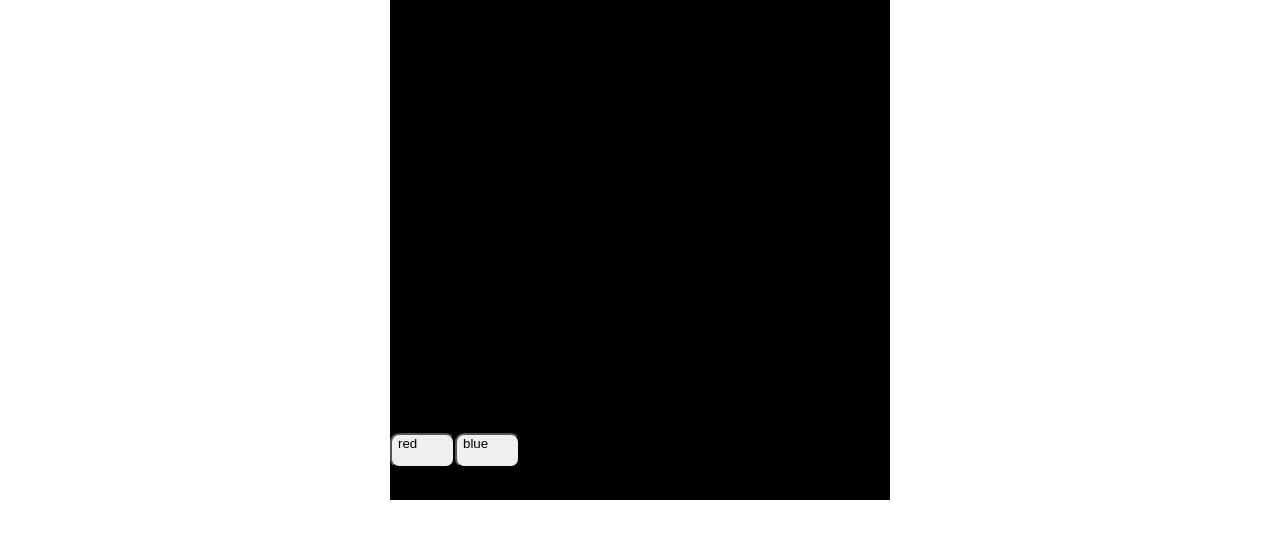
Repository: iliailia12/Individual-lessons
Page: Day 99/Classwork/index.html
An editor plug-in stored every save of this project. The page is shown before and after a run of saves, followed by the edit.
The browser window is 1280 px wide. The pictures show the whole page.

Above is the page before, as saved 2026-06-06 04:27:17.

After the next 7 saves:
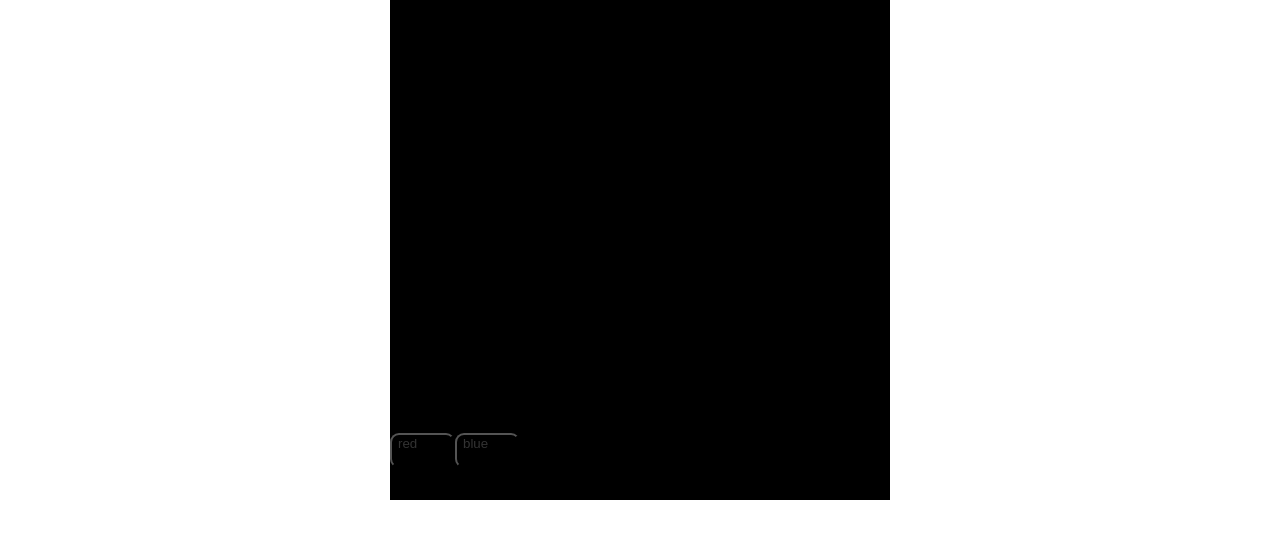
The 7 saves are shown as one change because they came seconds apart.
The last was saved 15 s later.
--- a/Day 99/Classwork/style.css
+++ b/Day 99/Classwork/style.css
@@ -24,4 +24,6 @@
     width: 65px;
     height: 35px;
     border-radius: 9px;
+    background-color: black;
+    color: #333333;
 }
